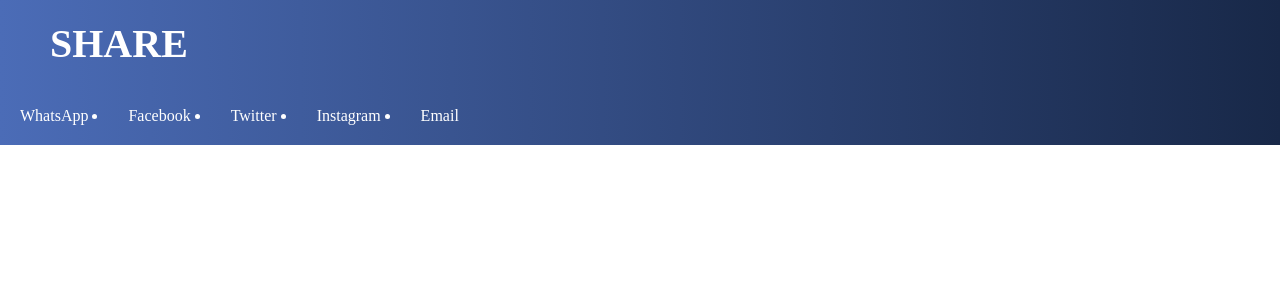
Repository: bhandarii7/TabX
Page: index.html
The author's editor kept a copy of each file at every save. The page is drawn from the files as they stood at one save, then again after the next save.
The browser window is 1280 px wide. The pictures show the whole page.

Above is the page before, as saved 2021-10-04 21:08:32.

### index.html
<html lang="en">
<head>
    <meta charset="UTF-8">
    <meta http-equiv="X-UA-Compatible" content="IE=edge">
    <meta name="viewport" content="width=device-width, initial-scale=1.0">
    <link rel="stylesheet" href="style1.css">
    <title>Extension</title>
</head>
<body>
    <div class="box">
    <h1>SHARE</h1>
    <div >
        <ul class="button">
            <li><a href="">WhatsApp</a></li>
            <li><a href="">Facebook</a></li>
            <li><a href="">Twitter</a></li>
            <li><a href="">Instagram</a></li>
            <li><a href="">Email</a></li>

        </ul>
    </div>

    </div>
</body>
</html>

### style1.css
*{
    margin: 0%;
    padding: 0%;
    color: white;
}
h1{
    font-size: 40px;
    padding-left: 50px;
    padding-right: 50px;
    padding-top: 20px;
    padding-bottom: 20px;
}
.box{
    background-image: linear-gradient(to right,#4b6cb7,#182848);
}
.button{
    display: flex;
    flex-direction: row;
}
li{
    padding: 20px;
}
a{
    text-decoration: none;
}

After the next save:
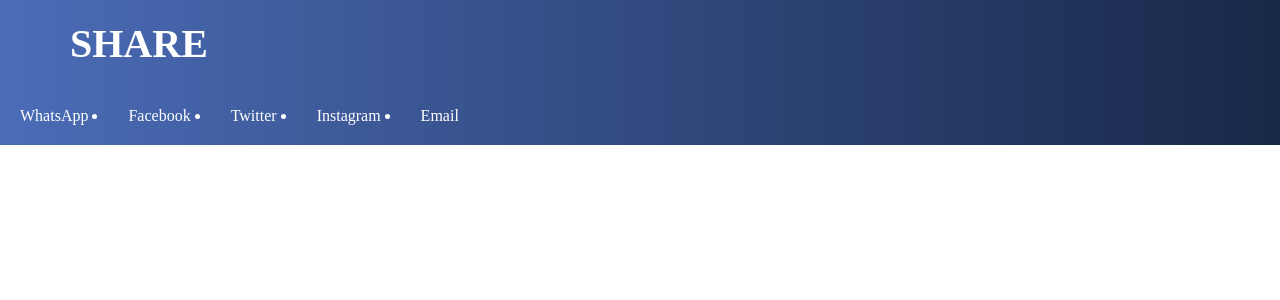
Saved 10 s later.
--- a/style1.css
+++ b/style1.css
@@ -5,8 +5,8 @@
 }
 h1{
     font-size: 40px;
-    padding-left: 50px;
-    padding-right: 50px;
+    padding-left: 70px;
+    padding-right: 70px;
     padding-top: 20px;
     padding-bottom: 20px;
 }
